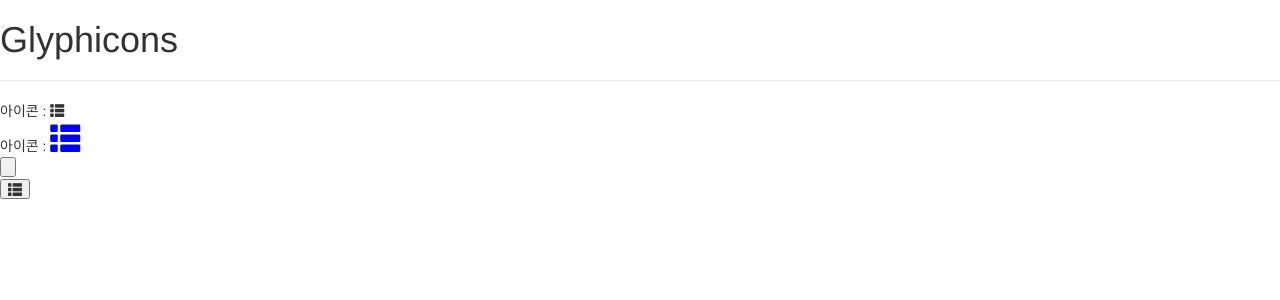
Repository: yhj4130/BootstrapStudy
Page: BootstrapWork/WebContent/BootEx08.html
The author's editor kept a copy of each file at every save. The page is drawn from the files as they stood at one save, then again after the next save.
The browser window is 1280 px wide. The pictures show the whole page.

Above is the page before, as saved 2019-06-12 05:21:57.

After the next save:
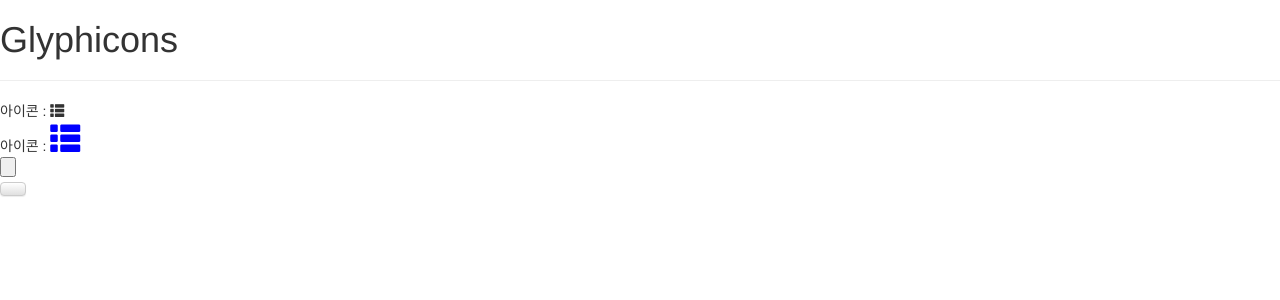
Saved 12 s later.
--- a/BootstrapWork/WebContent/BootEx08.html
+++ b/BootstrapWork/WebContent/BootEx08.html
@@ -38,7 +38,7 @@
 </div>
 
 <div>
-	<button type="button" class="glyphicon glyphicon-th-list"></button>
+	<button type="button" class="btn btn-default"></button>
 </div>
 
 </body>
